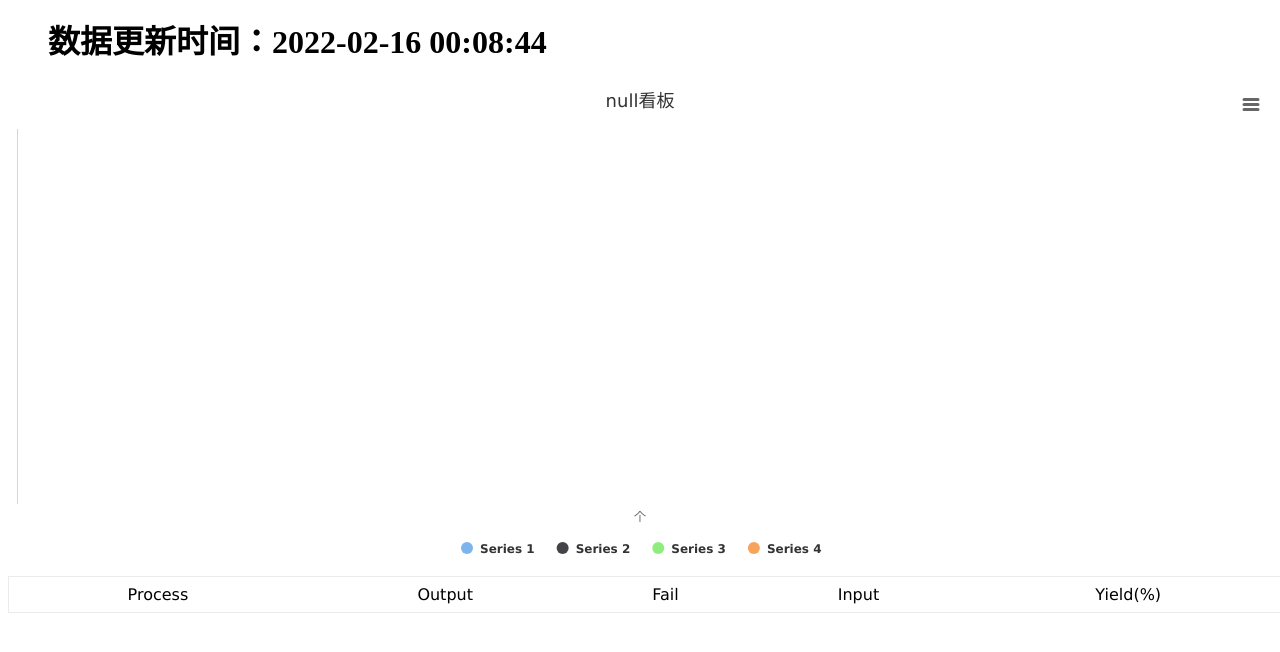
Repository: zxj19880502/mycode
Page: http://localhost/test1/line.jsp
An editor plug-in stored every save of this project. The page is shown before and after the next save, followed by the edit.
The browser window is 1280 px wide. The pictures show the whole page.
The page is served by Tomcat 9. Queries for data that is not in the repository find no rows.

Above is the page before, as saved 2022-04-02 02:08:04.

After the next save:
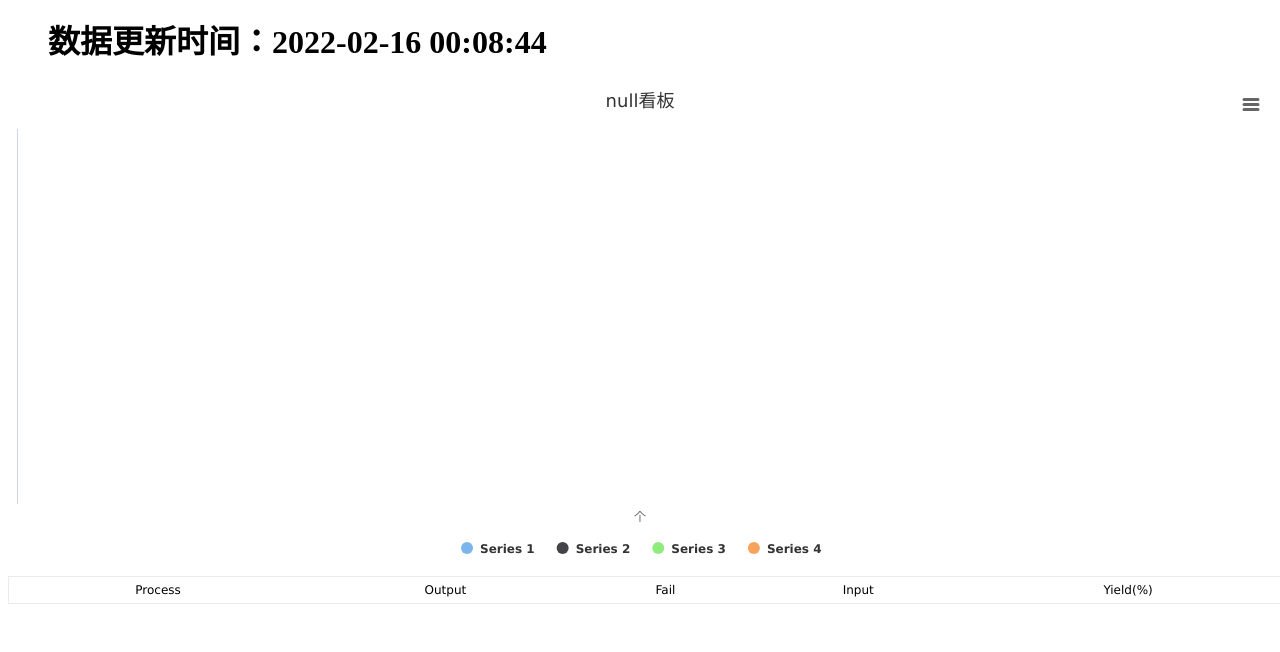
Saved 18 s later.
--- a/apache-tomcat-8.5.73/webapps/ROOT/test1/line.jsp
+++ b/apache-tomcat-8.5.73/webapps/ROOT/test1/line.jsp
@@ -74,7 +74,7 @@ ResultSet rs=stmt.executeQuery("SELECT PROCESS_NAME,SUM(PASS_QTY)as good,sum(FAI
 <tr><td><h1>&nbsp;&nbsp;&nbsp;&nbsp;&nbsp;数据更新时间：<%=datetime %></h1></td></tr>
     <div id="container"></div>
 
-<table  id="datatable" style="position:absolute;width: 100%;font-family: Verdana, sans-serif;border-collapse: collapse;border: 1px solid #ebebeb;text-align: center;font-size:16px">
+<table  id="datatable" style="position:absolute;width: 100%;font-family: Verdana, sans-serif;border-collapse: collapse;border: 1px solid #ebebeb;text-align: center;font-size:12px">
     <tr>
         <td>Process</td>
        <td>Output</td>
